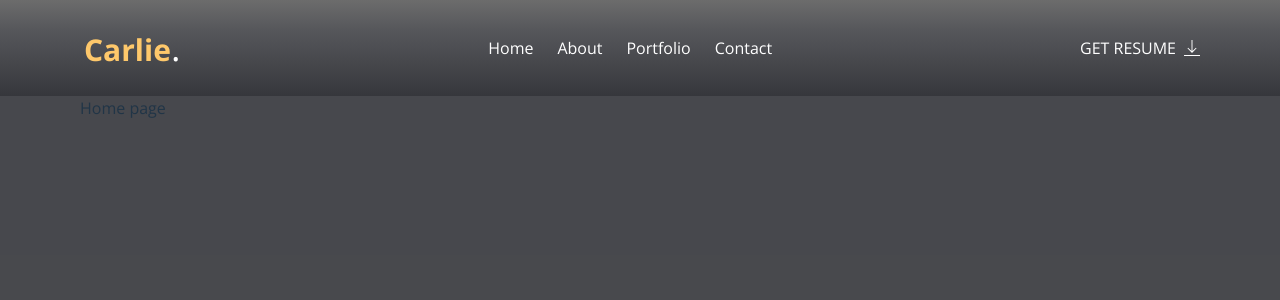
Repository: FenoCarlie/Portfolio
Page: / (app in frontend/)
The author's editor kept a copy of each file at every save. The page is drawn from the files as they stood at one save, then again after the next save.
The browser window is 1280 px wide. The pictures show the whole page.
The project was rebuilt for these pictures with package versions that can differ from the ones it lists, and the page was loaded fresh each time. Also part of the build but not shown: frontend/vite.config.js, frontend/src/views/notFound/NotFound.jsx. Imported but missing from the stored project, and not drawn on this page: frontend/src/views/about/About, frontend/src/views/contact/Contact, frontend/src/views/portfolio/Portfolio.

Above is the page before, as saved 2024-05-11 16:17:02.

After the next save:
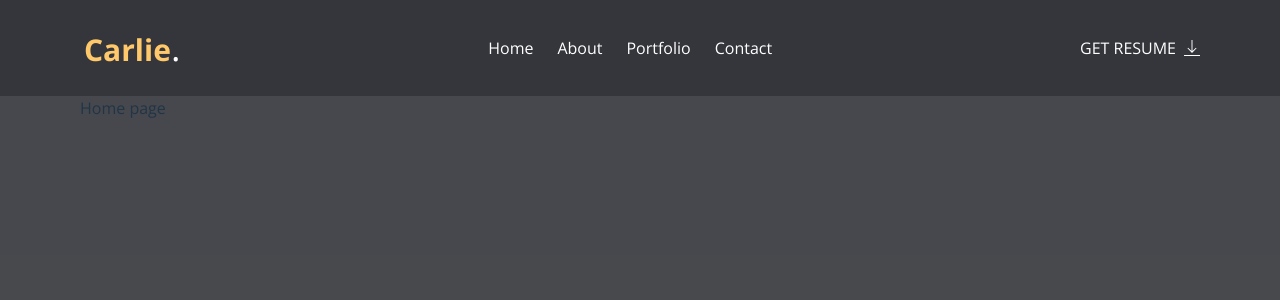
Saved 66 s later.
--- a/frontend/src/components/NavBar.jsx
+++ b/frontend/src/components/NavBar.jsx
@@ -25,7 +25,7 @@ function NavBar() {
   }, []);
 
   return (
-    <div className="h-24 flex items-center headerBg justify-between px-4 sm:px-10 lg:px-20 xl:px-30 text-white select:none">
+    <div className="h-24 flex items-center bg-greyGlass justify-between px-4 sm:px-10 lg:px-20 xl:px-30 text-white select:none">
       <div className="">
         <Link href="/" className="z-50 relative">
           <span className=" text-yellowClaire text-3xl font-bold ml-1">
